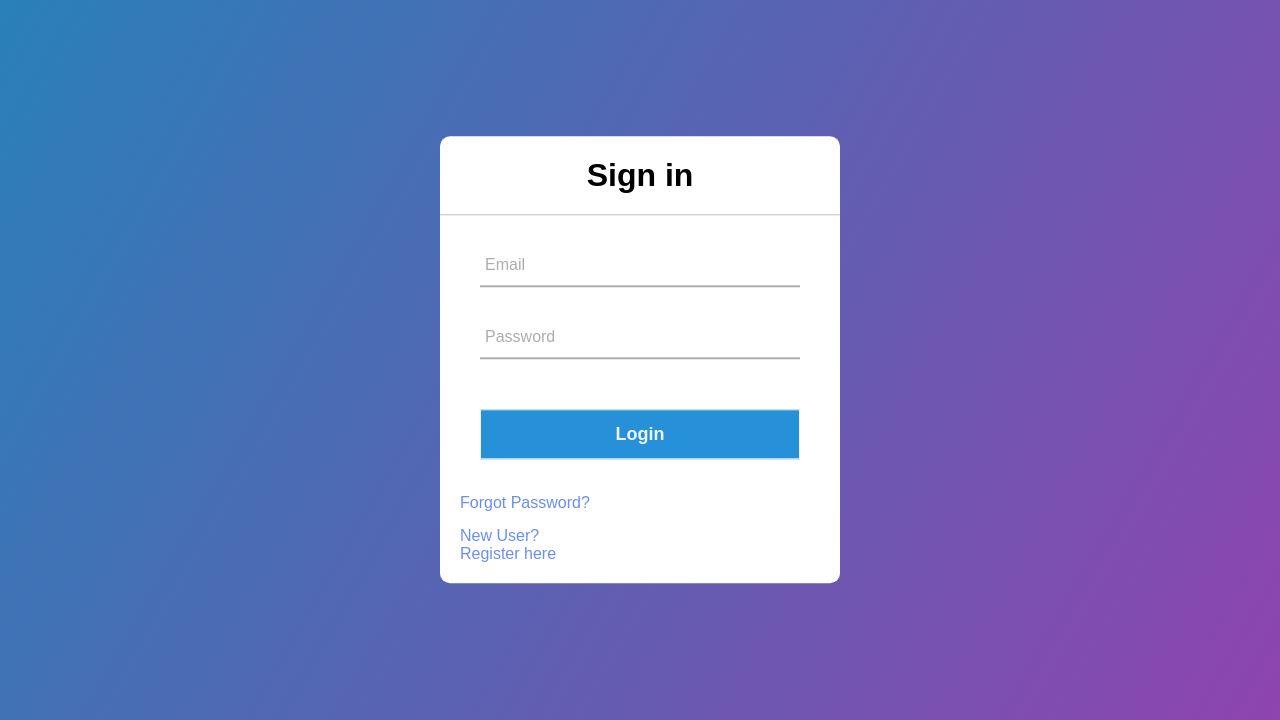
Repository: poornasyamasundar/Software-Project-Manager
Page: SoftwareManager/Templates/login.html
The author's editor kept a copy of each file at every save. The page is drawn from the files as they stood at one save, then again after the next save.
The browser window is 1280 px wide. The pictures show the whole page.

Above is the page before, as saved 2021-10-19 09:15:06.

After the next save:
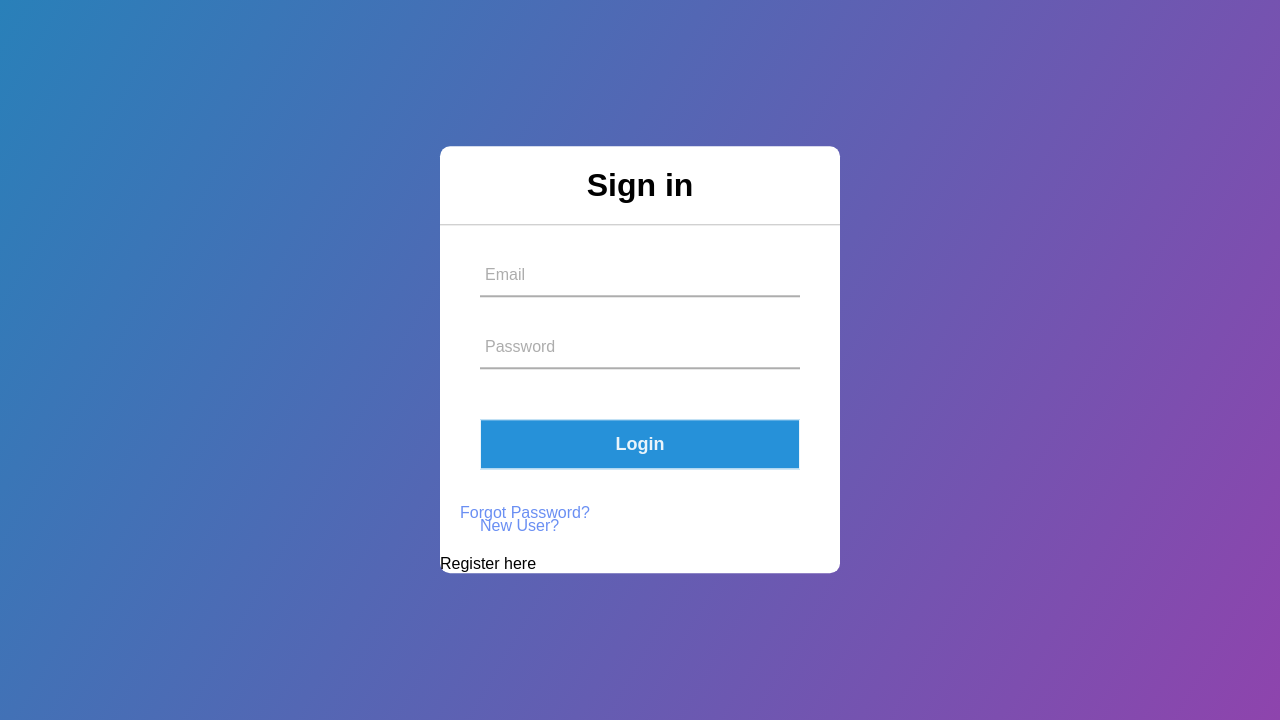
Saved 21 s later.
--- a/SoftwareManager/Templates/login.html
+++ b/SoftwareManager/Templates/login.html
@@ -49,10 +49,11 @@
 
 			  <input type="submit" name="submit" value="Login">
 			</form>
-			<div class="pass">Forgot Password?</div>
-		<div class="newuser">New User?
+			<div class="pass">Forgot Password?
+		<div class="newuser">New User?</div>
+	</div>
 		<div class="reghere">Register here</div>
-	</div>
+
 		  </div>
 	</body>
 </html>

After the save that followed:
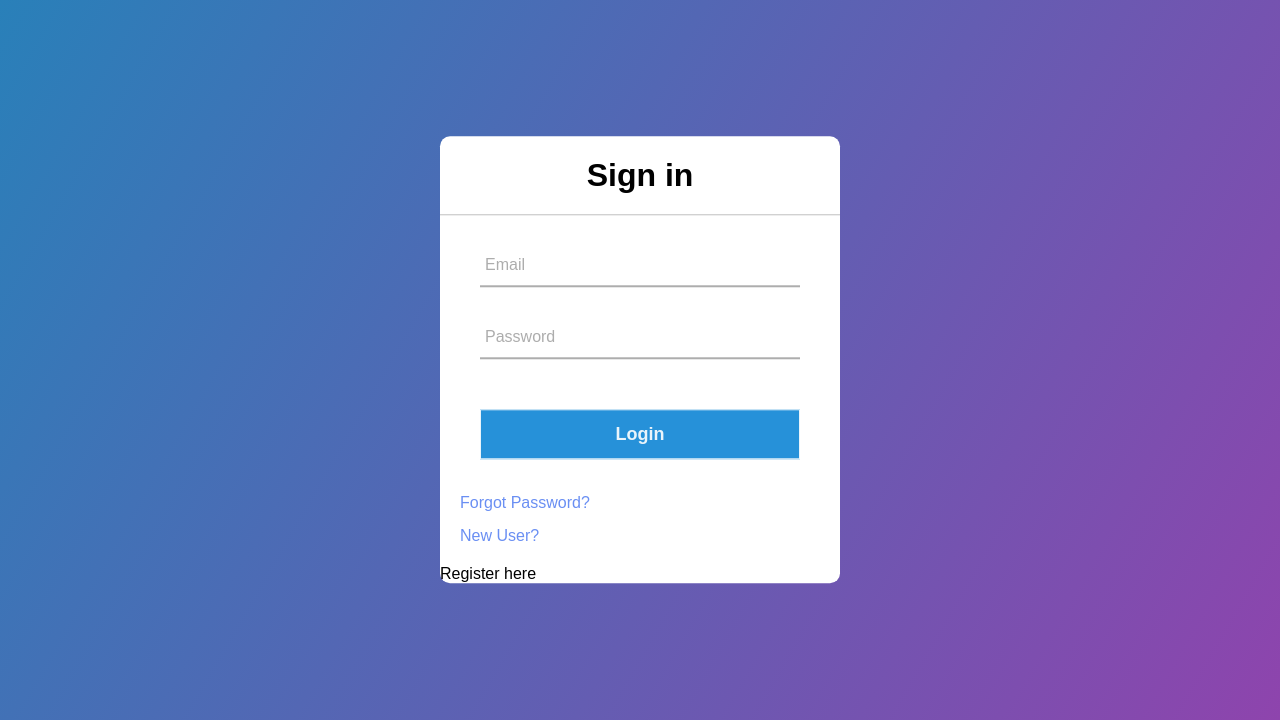
Saved 10 s later.
--- a/SoftwareManager/Templates/login.html
+++ b/SoftwareManager/Templates/login.html
@@ -49,9 +49,8 @@
 
 			  <input type="submit" name="submit" value="Login">
 			</form>
-			<div class="pass">Forgot Password?
+			<div class="pass">Forgot Password?</div>
 		<div class="newuser">New User?</div>
-	</div>
 		<div class="reghere">Register here</div>
 
 		  </div>
